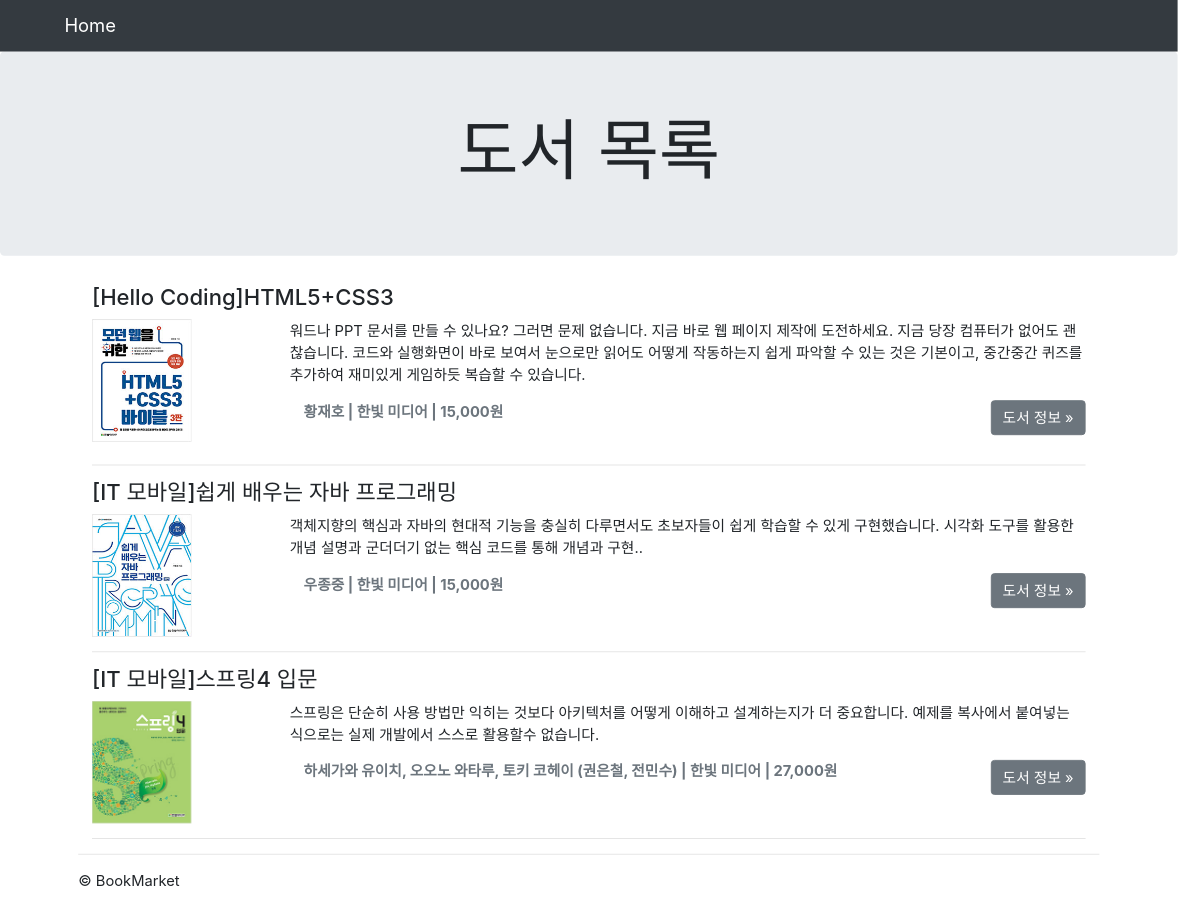
Repository: freedomseok8047/jsp
Page: http://localhost/BookMarket/books.jsp
These files come from the project's save history. The page is drawn as it stood at one moment and after the next save; the edit follows.
The browser window is 1280 px wide. The pictures show the whole page, at 92% of full size.
The page is served by Tomcat 9.

Above is the page before, as saved 2023-08-25 05:49:55.

### BookMarket/src/main/webapp/books.jsp
<%@ page language="java" contentType="text/html; charset=UTF-8"
	pageEncoding="UTF-8"%>
<%@ page import="java.util.ArrayList, java.text.NumberFormat"%>
<%@ page import="dto.Book"%>
<jsp:useBean id="bookDAO" class="dao.BookRepository" scope="session" />
<!DOCTYPE html>
<html>
<head>
<meta charset="UTF-8">
<link rel="stylesheet" href="./resources/css/bootstrap.min.css" />
<title>도서 목록</title>
</head>
<body>
	<jsp:include page="menu.jsp" />
	<div class="jumbotron">
		<div class="container">
			<h1 class="display-3" align="center">도서 목록</h1>
		</div>
	</div>
	<%
	ArrayList<Book> listOfBooks = bookDAO.getAllBooks();
	NumberFormat format = java.text.NumberFormat.getNumberInstance(java.util.Locale.US);
	format.setGroupingUsed(true);
	%>

	<div class="container">
		<div class="col" align="left">
			<%
			for (int i = 0; i < listOfBooks.size(); i++) {
				Book book = listOfBooks.get(i);
			%>
			<div class="row-xl-4">

				<h4>
					[<%=book.getCategory()%>]<%=book.getName()%>
				</h4>
				<div class="row">
					<div class="col col-lg-2">
						<img src="resources/images/<%=book.getFilename()%>"
							alt=<%=book.getName()%> width="108" height="133">
					</div>
					<div class="col-md-auto"></div>
					<div class="col">
						<p><%=book.getDescription()%>
						<div class="container">
							<div class="row">
								<p class="col font-weight-bold text-secondary"><%=book.getAuthor()%>
									|
									<%=book.getPublisher()%>
									|
									<%=format.format(book.getUnitPrice())%>원
								<p>
									<a href="./book.jsp?id=<%=book.getBookId()%>"
										class="btn btn-secondary" role="button">도서 정보 &raquo;</a>
							</div>
						</div>
					</div>
				</div>
			</div>
			<hr>
			<%
			}
			%>
		</div>
		<hr>
	</div>
	<jsp:include page="footer.jsp" />


</body>
</html>

### BookMarket/src/main/webapp/menu.jsp
<nav class="navbar navbar-expand navbar-dark bg-dark">
		<div class="container">
			<div class=" navbar-header">
				<a class="navbar-brand" href=" ./welcome.jsp">Home</a>
			</div>
		</div>
	</nav>

### BookMarket/src/main/webapp/footer.jsp
<footer class="container">
		<p>&copy; BookMarket</p>
	</footer>

### BookMarket/src/main/java/dao/BookRepository.java
package dao;

import java.util.ArrayList;

import dto.Book;
import dto.Book;

public class BookRepository {

	private ArrayList<Book> listOfBooks = new ArrayList<Book>();

	public BookRepository() {
		Book book1 =new Book("B1234","HTML5+CSS3",15000);
		book1.setDescription("워드나 PPT 문서를 만들 수 있나요? 그러면 문제 없습니다. 지금 바로 웹 페이지 제작에 도전하세요. 지금 당장 컴퓨터가 없어도 괜찮습니다. 코드와 실행화면이 바로 보여서 눈으로만 읽어도 어떻게 작동하는지 쉽게 파악할 수 있는 것은 기본이고, 중간중간 퀴즈를 추가하여 재미있게 게임하듯 복습할 수 있습니다. ");
		book1.setAuthor("황재호");
		book1.setPublisher("한빛 미디어");
		book1.setCategory("Hello Coding");
		book1.setUnitsInStock(1000);
		book1.setTotalPages(700);
		book1.setReleaseDate("8월/22년");
		book1.setCondition("New");
		book1.setFilename("P1234.jpg");


		Book book2 =new Book("B1235","쉽게 배우는 자바 프로그래밍",15000);
		book2.setDescription("객체지향의 핵심과 자바의 현대적 기능을 충실히 다루면서도 초보자들이 쉽게 학습할 수 있게 구현했습니다. 시각화 도구를 활용한 개념 설명과 군더더기 없는 핵심 코드를 통해 개념과 구현..");
		book2.setAuthor("우종중");
		book2.setPublisher("한빛 미디어");
		book2.setCategory("IT 모바일");
		book2.setUnitsInStock(1000);
		book2.setTotalPages(700);
		book2.setReleaseDate("8월/22년");
		book2.setCondition("New");
		book2.setFilename("P1235.jpg");

		Book book3 =new Book("B1236","스프링4 입문",27000);
		book3.setDescription("스프링은 단순히 사용 방법만 익히는 것보다 아키텍처를 어떻게 이해하고 설계하는지가 더 중요합니다. 예제를 복사에서 붙여넣는 식으로는 실제 개발에서 스스로 활용할수 없습니다.");
		book3.setAuthor("하세가와 유이치, 오오노 와타루, 토키 코헤이 (권은철, 전민수)");
		book3.setPublisher("한빛 미디어");
		book3.setCategory("IT 모바일");
		book3.setUnitsInStock(1000);
		book3.setTotalPages(700);
		book3.setReleaseDate("8월/22년");
		book3.setCondition("New");
		book3.setFilename("P1236.jpg");

		listOfBooks.add(book1);
		listOfBooks.add(book2);
		listOfBooks.add(book3);
	}
		public ArrayList<Book> getAllBooks() {
			return listOfBooks;
	}
		public Book getBookById(String bookId) {
			Book bookById = null;
			for(int i =0; i < listOfBooks.size(); i++ ) {
				Book book = listOfBooks.get(i);
				if(book != null && book.getBookId() != null && book.getBookId().equals(bookId)) {
					bookById = book;
					break;
				}
			}
			return bookById;
		}
}

### BookMarket/src/main/java/dto/Book.java
package dto;

import java.io.Serializable;

public class Book implements Serializable {

	private static final long serialVersionUID = -4274700572038677000L;

	private String bookId;
	private String name;
	private Integer unitPrice;
	private String author;
	private String description;
	private String publisher;
	private String category;
	private long unitsInStock;
	private long totalPages;
	private String releaseDate;
	private String condition;
	private String filename;

	public String getFilename() {
		return filename;
	}

	public void setFilename(String filename) {
		this.filename = filename;
	}

	public Book() {
		super();
	}

	public Book(String bookId, String name, Integer unitPrice) {
		this.bookId = bookId;
		this.name = name;
		this.unitPrice = unitPrice;
	}


	public String getBookId() {
		return bookId;
	}
	public void setBookId(String bookId) {
		this.bookId = bookId;
	}
	public String getName() {
		return name;
	}
	public void setName(String name) {
		this.name = name;
	}
	public Integer getUnitPrice() {
		return unitPrice;
	}
	public void setUnitPrice(Integer unitPrice) {
		this.unitPrice = unitPrice;
	}
	public String getAuthor() {
		return author;
	}
	public void setAuthor(String author) {
		this.author = author;
	}
	public String getDescription() {
		return description;
	}
	public void setDescription(String description) {
		this.description = description;
	}
	public String getPublisher() {
		return publisher;
	}
	public void setPublisher(String publisher) {
		this.publisher = publisher;
	}
	public String getCategory() {
		return category;
	}
	public void setCategory(String category) {
		this.category = category;
	}
	public long getUnitsInStock() {
		return unitsInStock;
	}
	public void setUnitsInStock(long unitsInStock) {
		this.unitsInStock = unitsInStock;
	}
	public long getTotalPages() {
		return totalPages;
	}
	public void setTotalPages(long totalPages) {
		this.totalPages = totalPages;
	}
	public String getReleaseDate() {
		return releaseDate;
	}
	public void setReleaseDate(String releaseDate) {
		this.releaseDate = releaseDate;
	}
	public String getCondition() {
		return condition;
	}
	public void setCondition(String condition) {
		this.condition = condition;
	}


}

Loaded but not shown: BookMarket/src/main/webapp/resources/css/bootstrap.min.css (library)

After the next save:
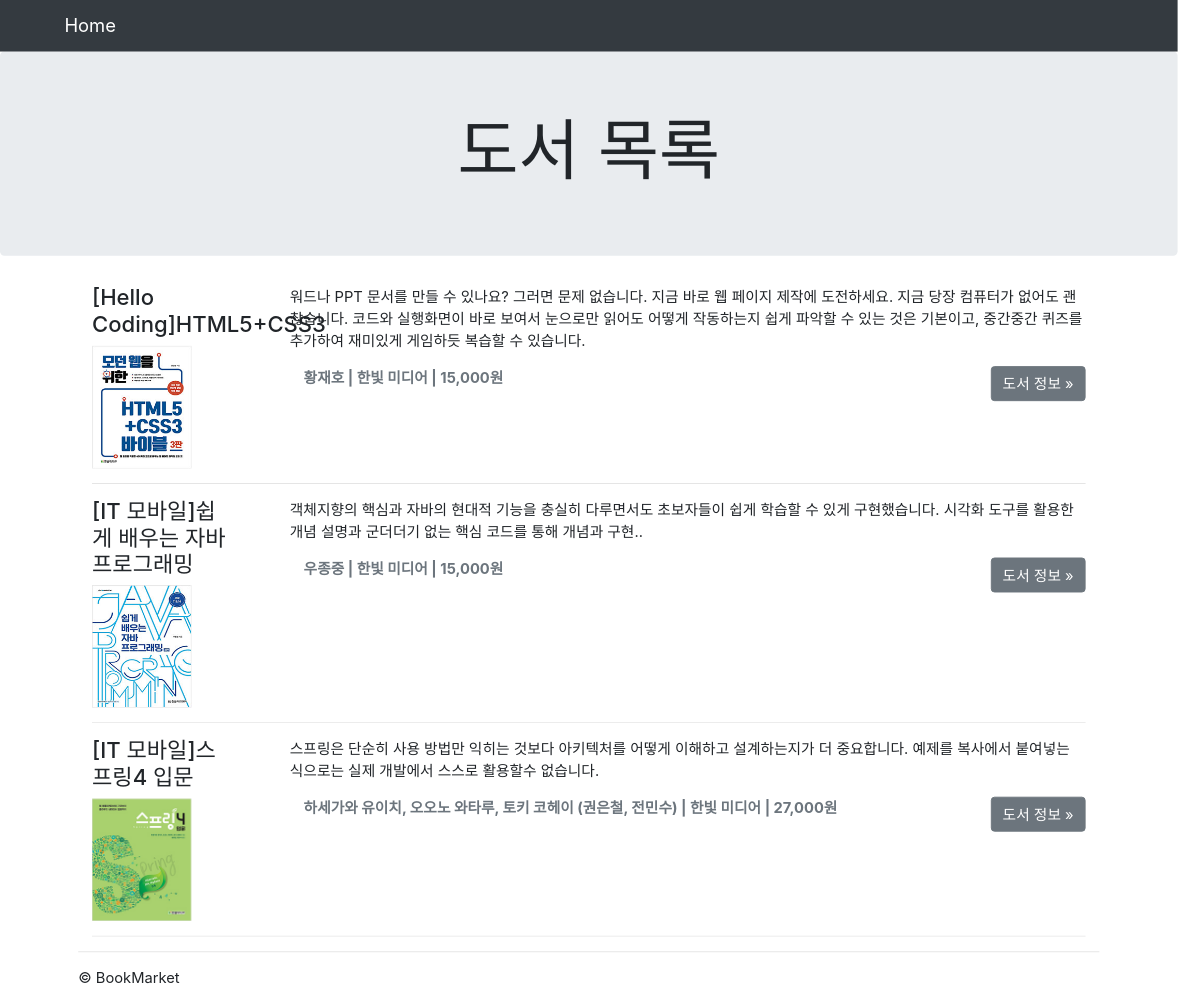
Saved 46 s later.
--- a/BookMarket/src/main/webapp/books.jsp
+++ b/BookMarket/src/main/webapp/books.jsp
@@ -30,12 +30,11 @@
 				Book book = listOfBooks.get(i);
 			%>
 			<div class="row-xl-4">
-
-				<h4>
-					[<%=book.getCategory()%>]<%=book.getName()%>
-				</h4>
 				<div class="row">
 					<div class="col col-lg-2">
+						<h4>
+							[<%=book.getCategory()%>]<%=book.getName()%>
+						</h4>
 						<img src="resources/images/<%=book.getFilename()%>"
 							alt=<%=book.getName()%> width="108" height="133">
 					</div>

After the save that followed:
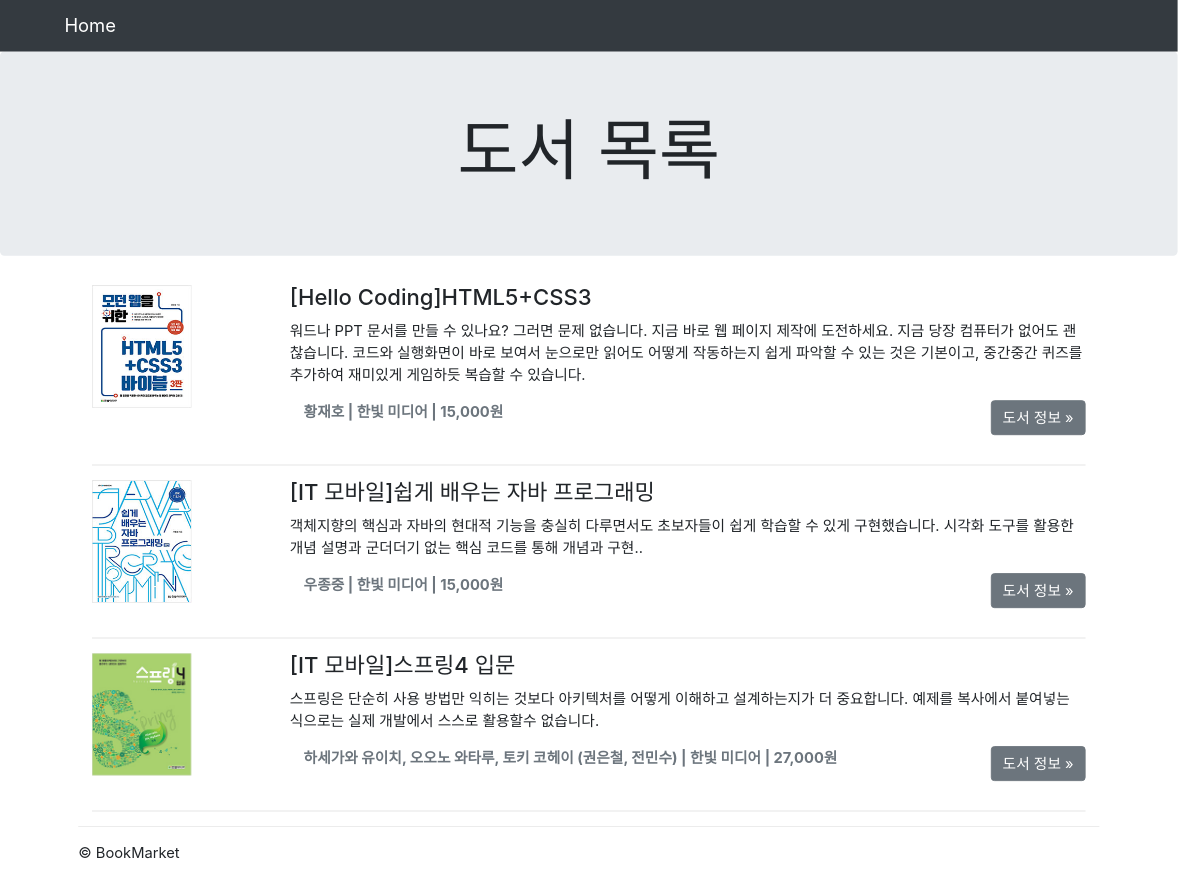
Saved 23 s later.
--- a/BookMarket/src/main/webapp/books.jsp
+++ b/BookMarket/src/main/webapp/books.jsp
@@ -32,14 +32,14 @@
 			<div class="row-xl-4">
 				<div class="row">
 					<div class="col col-lg-2">
-						<h4>
-							[<%=book.getCategory()%>]<%=book.getName()%>
-						</h4>
 						<img src="resources/images/<%=book.getFilename()%>"
 							alt=<%=book.getName()%> width="108" height="133">
 					</div>
 					<div class="col-md-auto"></div>
 					<div class="col">
+						<h4>
+							[<%=book.getCategory()%>]<%=book.getName()%>
+						</h4>
 						<p><%=book.getDescription()%>
 						<div class="container">
 							<div class="row">
